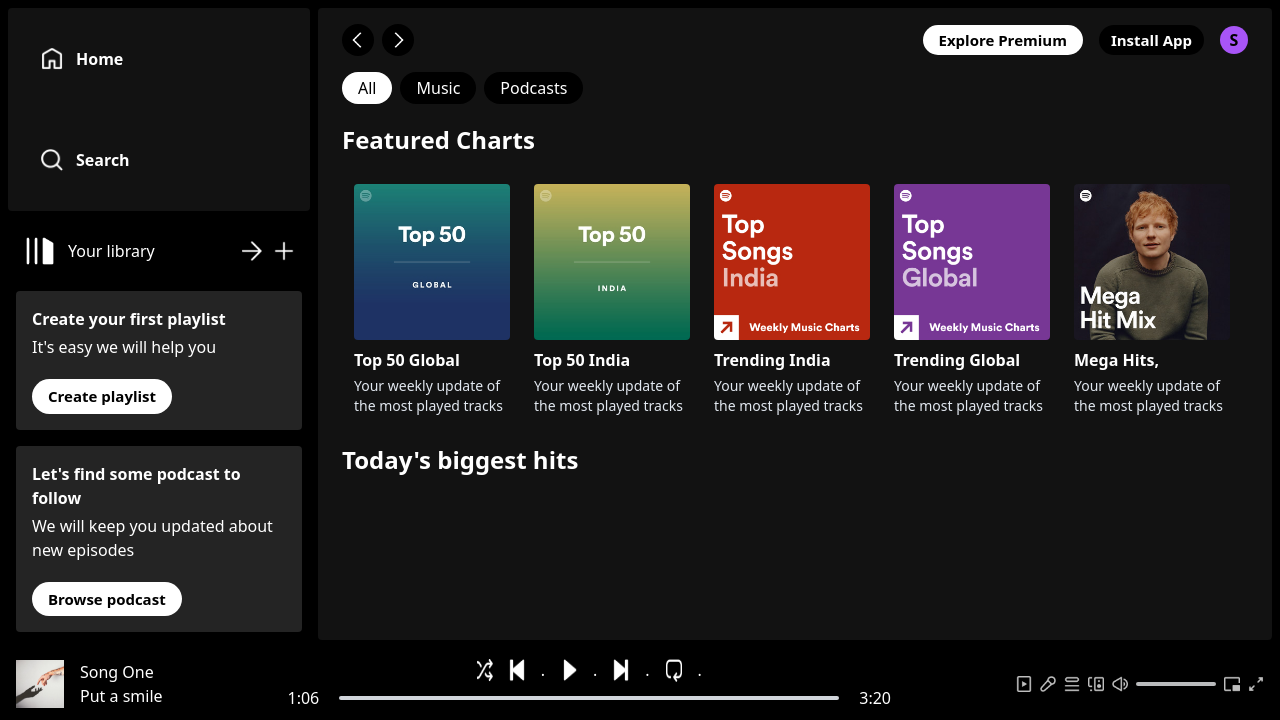
Repository: duttasayan835/Spotify_clone
Page: /
These files come from the project's save history. The page is drawn as it stood at one moment and after the next save; the edit follows.
The browser window is 1280 px wide. The pictures show the whole page.
The project was rebuilt for these pictures with package versions that can differ from the ones it lists, and the page was loaded fresh each time. Also part of the build but not shown: vite.config.js. Imported but missing from the stored project, and not drawn on this page: src/assets/song1.mp3, src/assets/song2.mp3, src/assets/song3.mp3.

Above is the page before, as saved 2024-08-11 15:50:18.

After the next save:
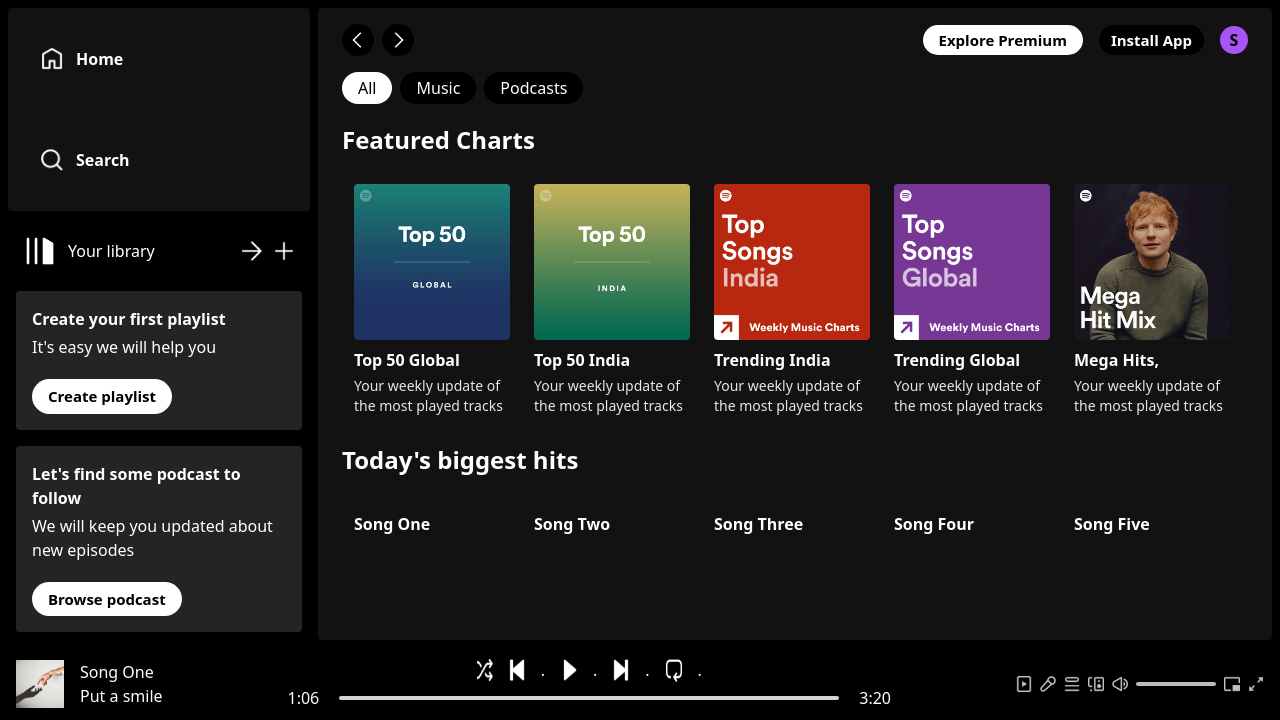
Saved 5 min 14 s later.
--- a/src/Components/DisplayHome.jsx
+++ b/src/Components/DisplayHome.jsx
@@ -3,6 +3,7 @@
 import Navbar from "./Navbar";
 import { albumsData, songsData } from "../assets/assets";
 import AlbumItem from "./AlbumItem";
+import SongItem from "./SongsItem";
 const DisplayHome = () => {
   return (
     <>
@@ -23,7 +24,11 @@
       </div>
       <div className="mb-4">
         <h1 className="my-5 text-2xl font-bold ">Today's biggest hits</h1>
-        <div className="flex overflow-auto">{}</div>
+        <div className="flex overflow-auto">
+          {songsData.map((item, index) => (
+            <SongItem key={index} name={item.name} />
+          ))}
+        </div>
       </div>
     </>
   );
